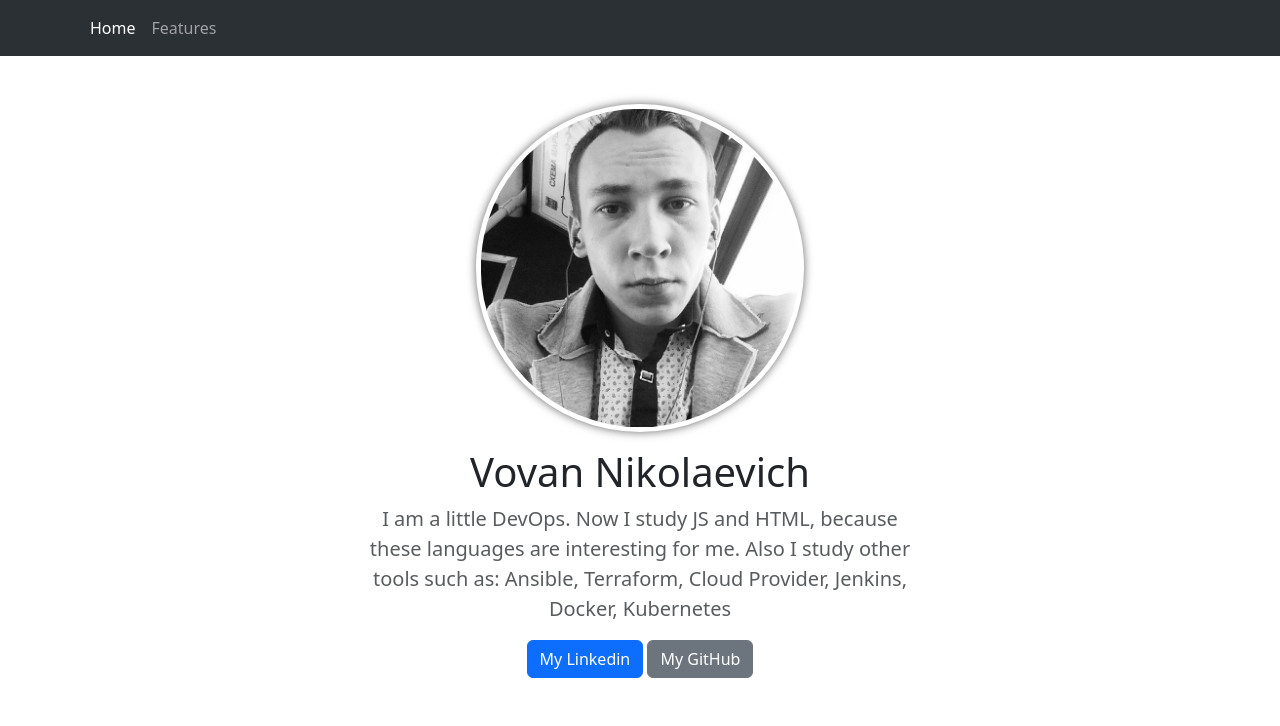
Repository: vovanbl411/mini-web-site
Page: index.html
The author's editor kept a copy of each file at every save. The page is drawn from the files as they stood at one save, then again after the next save.
The browser window is 1280 px wide. The pictures show the whole page.

Above is the page before, as saved 2023-01-22 00:49:30.

After the next save:
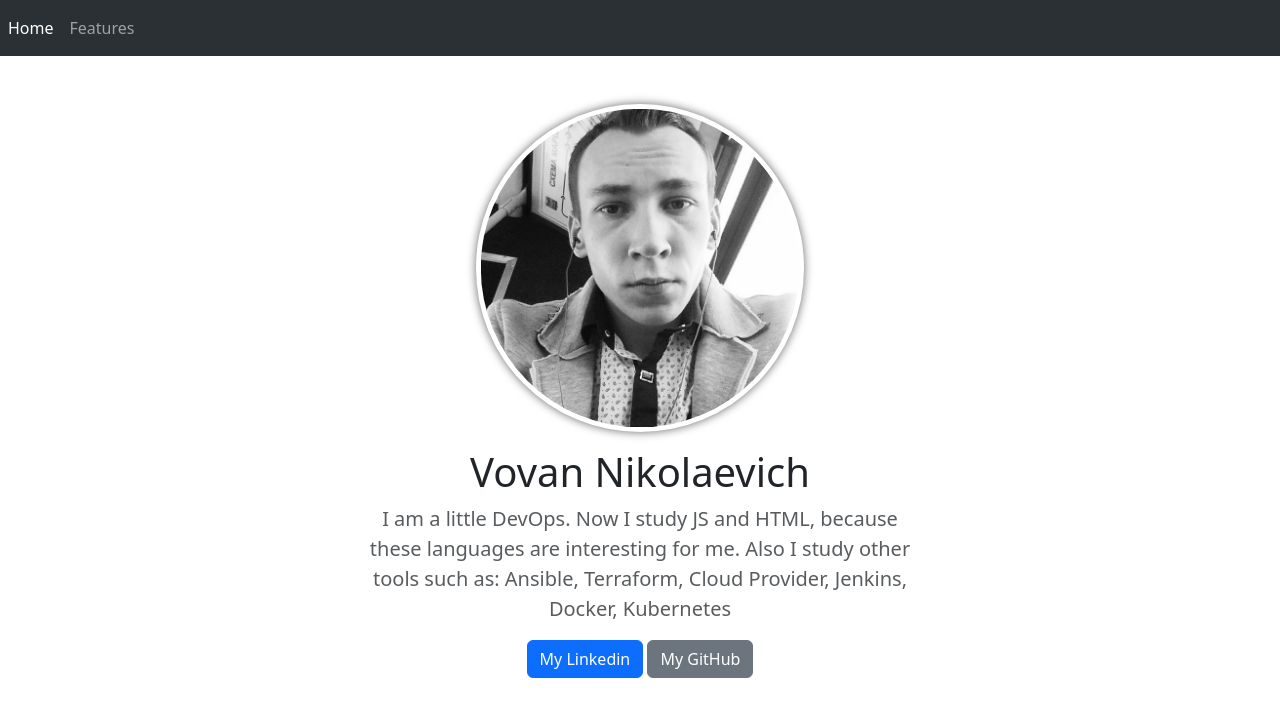
Saved 4 min 53 s later.
--- a/index.html
+++ b/index.html
@@ -26,7 +26,7 @@
     </style>
   </head>
   <body>
-    <nav class="navbar navbar-expand-lg bg-body-tertiary" data-bs-theme="dark">
+    <nav class="navbar navbar-expand-lg bg-body-tertiary" data-bs-theme="dark" class="navbar navbar-dark bg-dark>
       <div class="container">
         <!-- <a class="navbar-brand" href="#">Navbar</a> -->
         <button
@@ -39,7 +39,7 @@
           aria-expanded="false"
           aria-label="Toggle navigation"
         >
-          <span class="navbar-toggler-icon" data-bs-theme="dark"></span>
+          <span class="navbar-toggler-icon"></span>
         </button>
         <div class="collapse navbar-collapse" id="navbarNav">
           <ul class="navbar-nav">

After the save that followed:
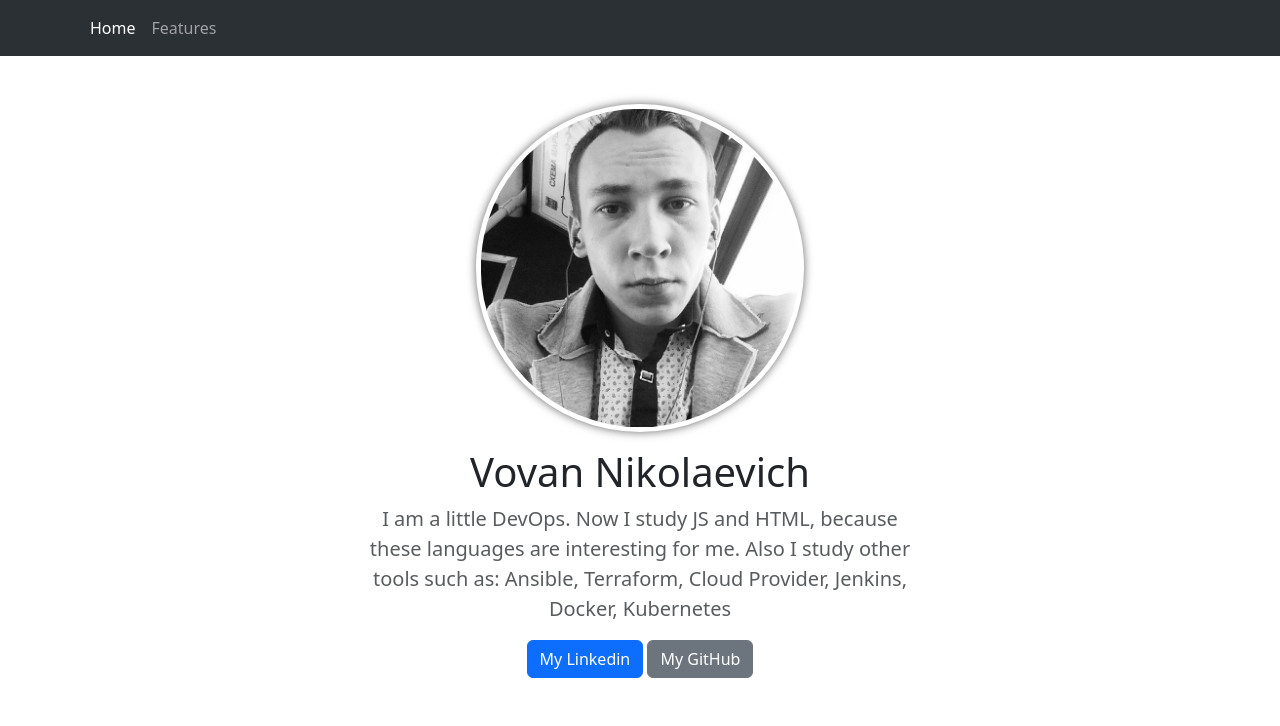
Saved 24 s later.
--- a/index.html
+++ b/index.html
@@ -26,7 +26,11 @@
     </style>
   </head>
   <body>
-    <nav class="navbar navbar-expand-lg bg-body-tertiary" data-bs-theme="dark" class="navbar navbar-dark bg-dark>
+    <nav
+      class="navbar navbar-expand-lg bg-body-tertiary"
+      data-bs-theme="dark"
+      class="navbar navbar-dark bg-dark"
+    >
       <div class="container">
         <!-- <a class="navbar-brand" href="#">Navbar</a> -->
         <button
